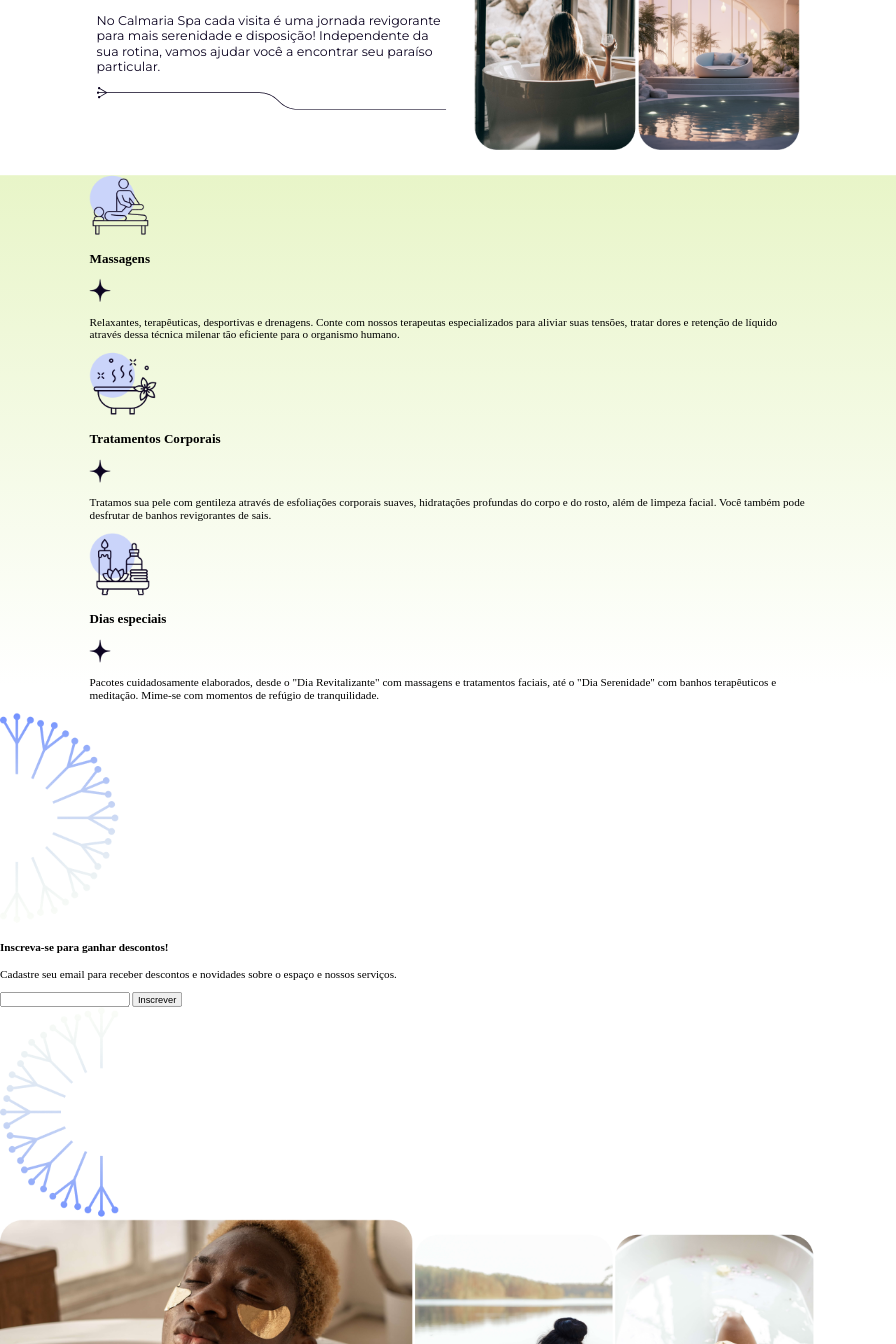
Repository: joaoPraiaJunior/curso-sass
Page: index.html
The author's editor kept a copy of each file at every save. The page is drawn from the files as they stood at one save, then again after the next save.
The browser window is 1280 px wide. The pictures show the part of the page from y = 1346 to 3266 px (the page is 3725 px tall before and 3333 px after), at 70% of full size.
Some web fonts or font styles are not loaded; a fallback is used. The style sheet was rebuilt from its Sass, Less or Tailwind sources for each picture, by a compiler version that may differ from the author's.

Above is the page before, as saved 2024-07-06 17:19:17.

After the next save:
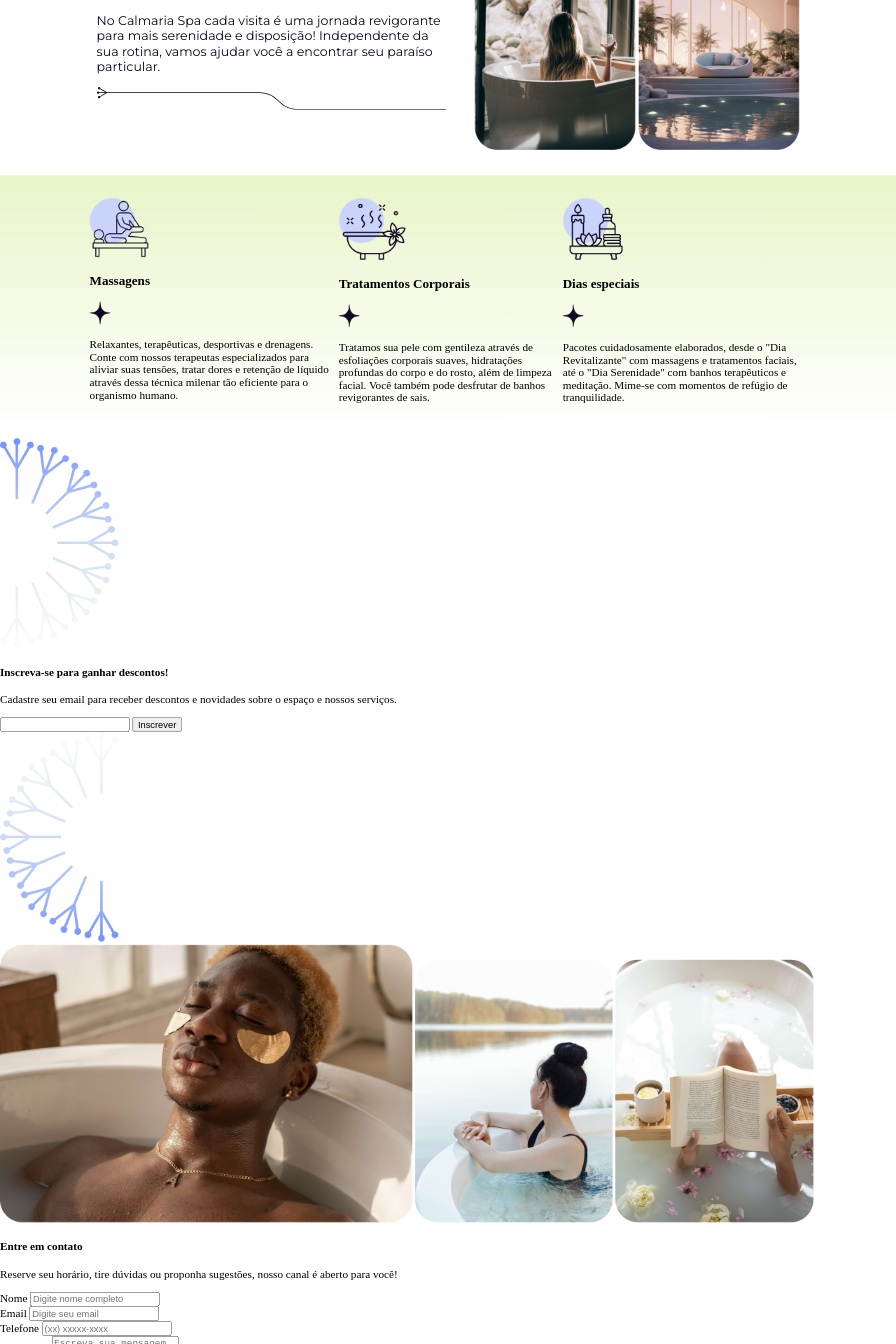
Saved 87 s later.
--- a/styles/components/_servicos.scss
+++ b/styles/components/_servicos.scss
@@ -5,6 +5,8 @@
     background: variaveis.$gradiente-primario;
 
     .cards {
+        display: flex;
         @include mixins.margem-centralizada(80%);
+        padding: 3.2rem 0;
     }
 }
